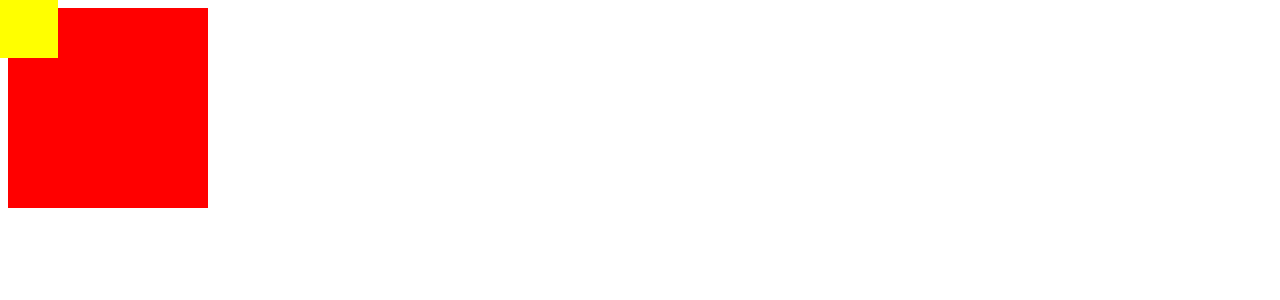
Repository: Qianfane/Blog
Page: CSS/居中测试/2.center-position-margin.html
An editor plug-in stored every save of this project. The page is shown before and after the next save, followed by the edit.
The browser window is 1280 px wide. The pictures show the whole page.

Above is the page before, as saved 2022-01-24 22:26:45.

### CSS/居中测试/2.center-position-margin.html
<!DOCTYPE html>
<html lang="en">
<head>
    <meta charset="UTF-8">
    <meta http-equiv="X-UA-Compatible" content="IE=edge">
    <meta name="viewport" content="width=device-width, initial-scale=1.0">
    <title>定宽高</title>
</head>
<body>
<style>
    .outer {
        width: 200px;
        height: 200px;
        background-color: red;

        position: relative;
        display: flex;
    }
    .inner {
        width: 100px;
        height: 100px;
        background-color: yellow;
        margin: auto;

        position: absolute;
        top: 0;
        left: 0;
        bottom: 0;
        right: 0;
        margin-left: -50px;
        margin-top: -50px;

    }
</style>
<div class="outer">
    <div class="inner"></div>
</div>
</body>
</html>

After the next save:
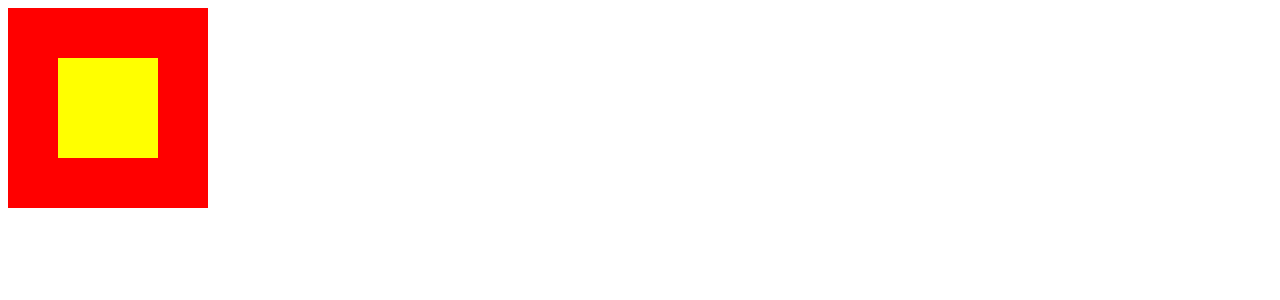
Saved 11 s later.
--- a/CSS/居中测试/2.center-position-margin.html
+++ b/CSS/居中测试/2.center-position-margin.html
@@ -27,8 +27,8 @@
         left: 0;
         bottom: 0;
         right: 0;
-        margin-left: -50px;
-        margin-top: -50px;
+        /* margin-left: -50px;
+        margin-top: -50px; */
 
     }
 </style>

After the 2 saves that followed:
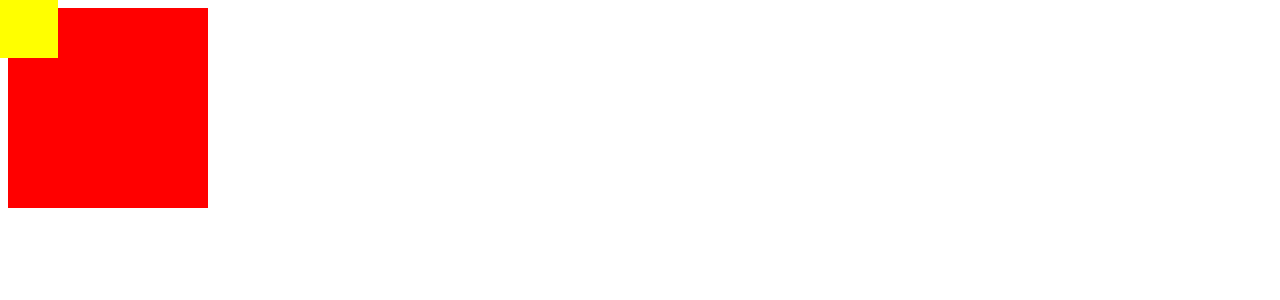
The 2 saves are shown as one change because 1 left the picture as it was.
The last was saved 15 s later.
--- a/CSS/居中测试/2.center-position-margin.html
+++ b/CSS/居中测试/2.center-position-margin.html
@@ -14,7 +14,6 @@
         background-color: red;
 
         position: relative;
-        display: flex;
     }
     .inner {
         width: 100px;
@@ -27,8 +26,8 @@
         left: 0;
         bottom: 0;
         right: 0;
-        /* margin-left: -50px;
-        margin-top: -50px; */
+        margin-left: -50px;
+        margin-top: -50px;
 
     }
 </style>
